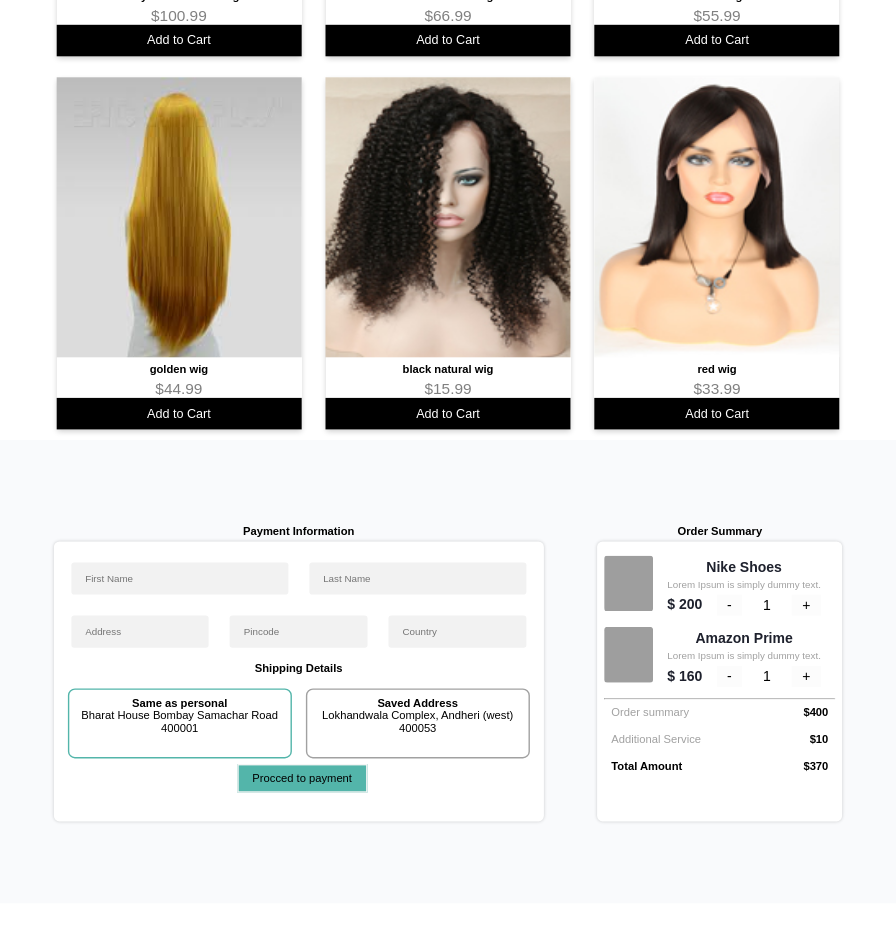
Repository: Zzero202/Zzero202
Page: index.html
These files come from the project's save history. The page is drawn as it stood at one moment and after the next save; the edit follows.
The browser window is 1280 px wide. The pictures show the part of the page from y = 1639 to 3559 px (the page is 2979 px tall before and 3559 px after), at 70% of full size.
Pictures or frames that could not be fetched are drawn as grey boxes. A picture or video elsewhere on the page could not be fetched, so the positions and the page height are approximate.

Above is the page before, as saved 2021-12-09 00:27:06.

After the next save:
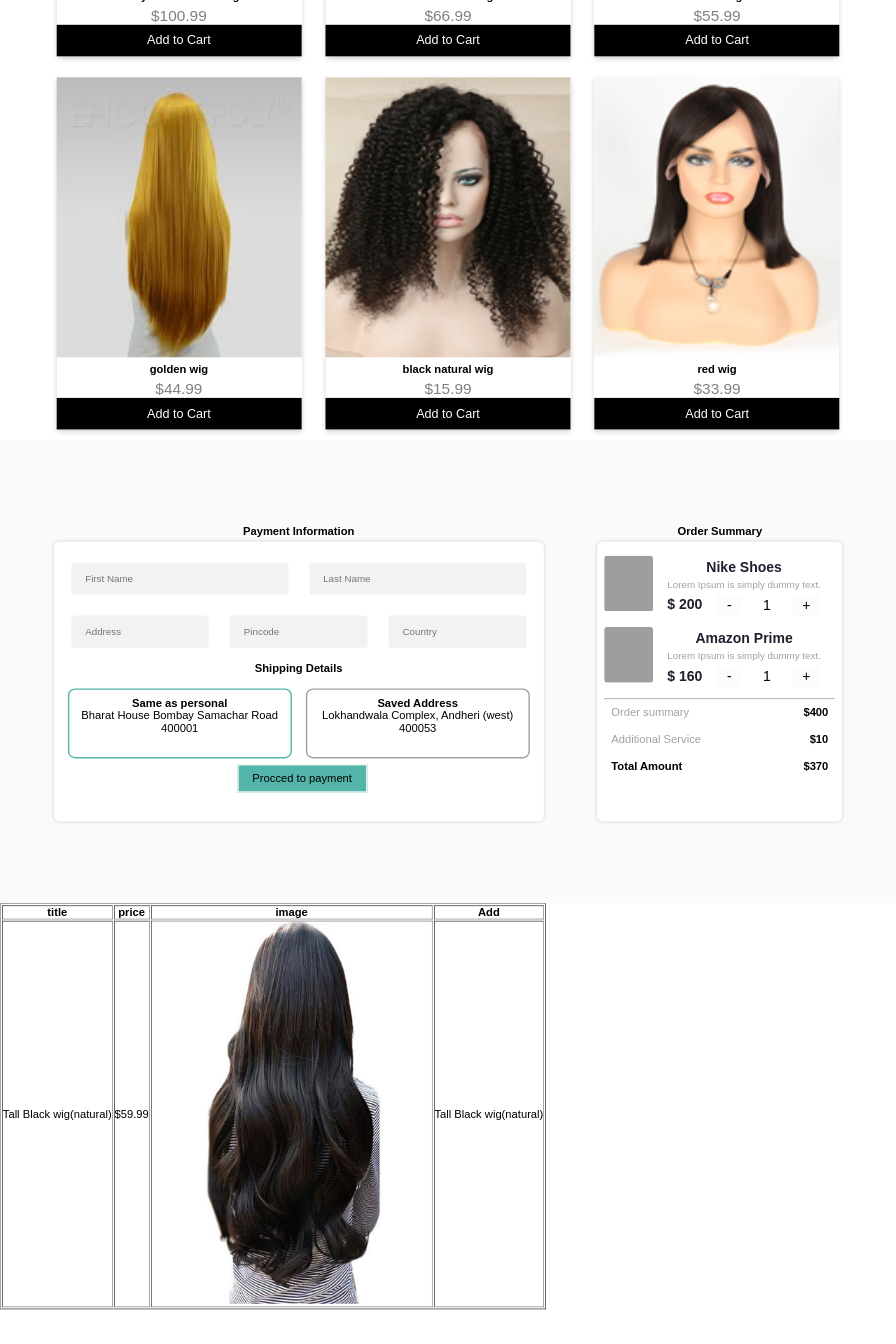
Saved 77 min 43 s later.
--- a/index.html
+++ b/index.html
@@ -613,6 +613,26 @@
     </div>
   </div>
 </div>
+<section class="table-pic">
+  <table border="1">
+    <thead>
+      <tr>
+        <th>title</th>
+        <th>price</th>
+        <th>image</th>
+        <th>Add</th>
+      </tr>
+    </thead>
+    <tbody>
+      <tr>
+        <td>Tall Black wig(natural)</td>
+        <td>$59.99</td>
+        <td><img src="1.jpg" alt=""></td>
+        <td>Tall Black wig(natural)</td>
+      </tr>
+    </tbody>
+  </table>
+</section>
 <footer>
   <a >	Copyright ©-All rights are reserved</a>
 </footer>
